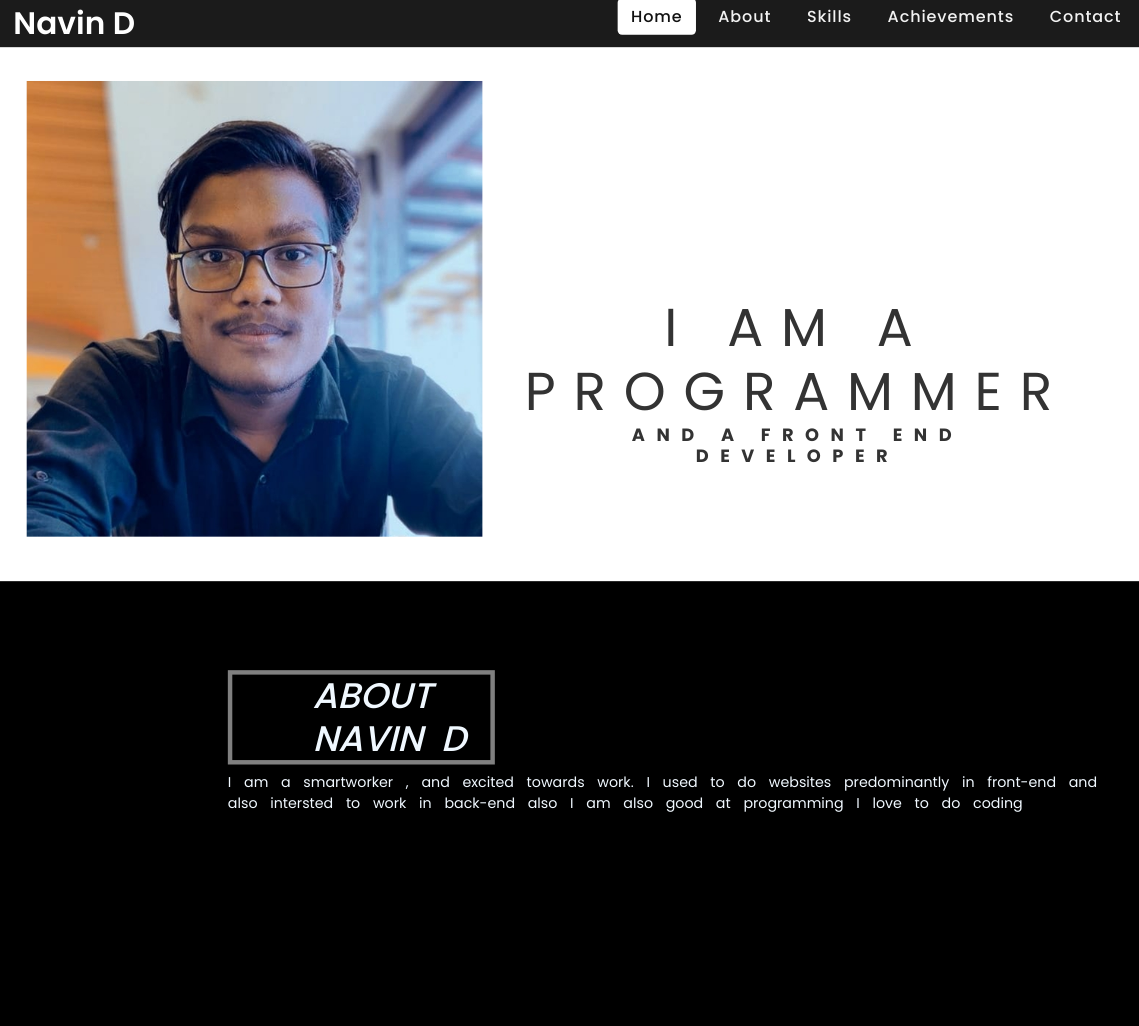
Repository: NavinDayanithi/OIBSIP
Page: Portfolio/index.html
These files come from the project's save history. The page is drawn as it stood at one moment and after a run of saves; the edit follows.
The browser window is 1280 px wide. The pictures show the whole page, at 89% of full size.

Above is the page before, as saved 2023-02-20 19:08:16.
Console error: TypeError: Cannot read properties of undefined (reading 'fn')

After the next 2 saves:
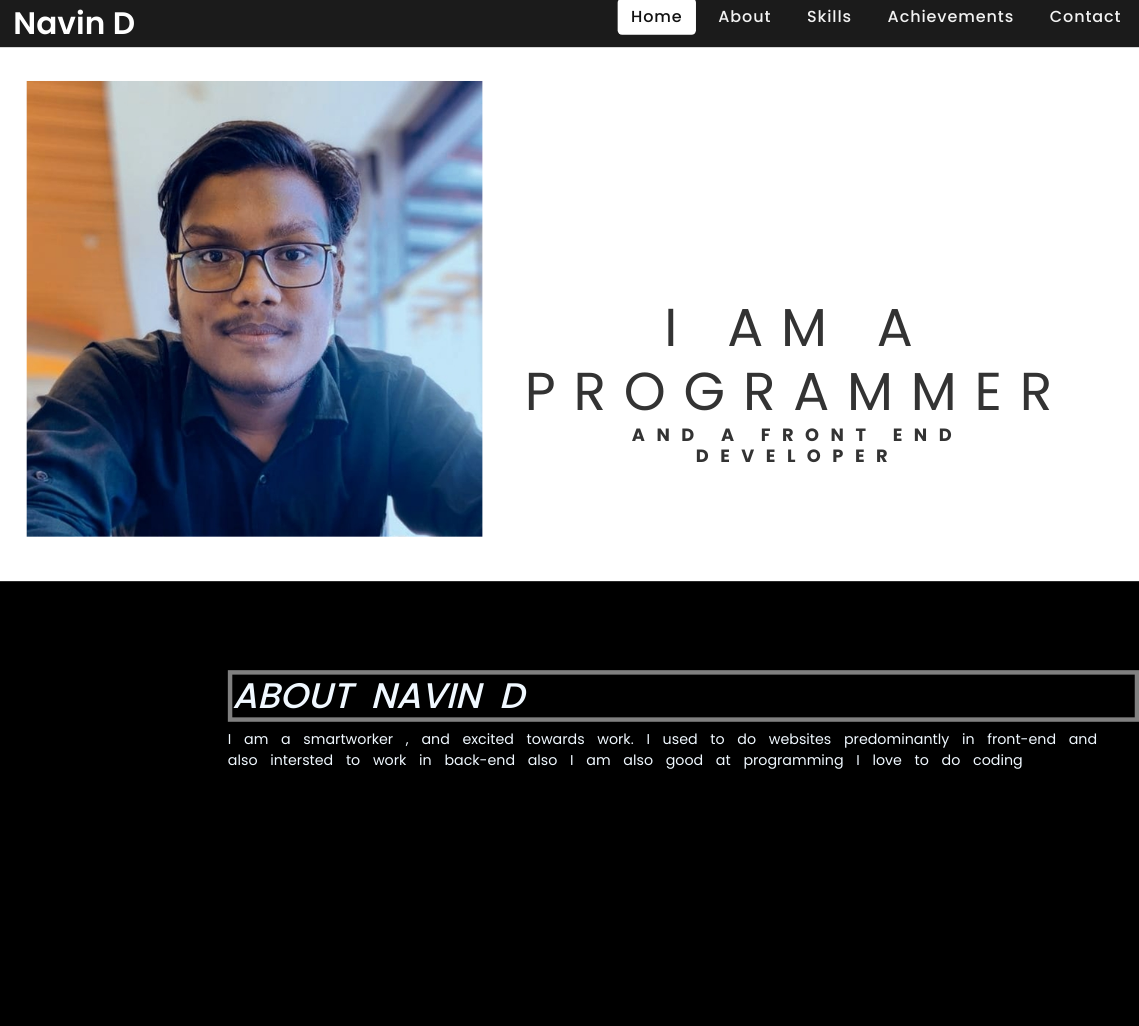
The 2 saves are shown as one change because they came seconds apart.
The last was saved 14 s later.
--- a/Portfolio/style.css
+++ b/Portfolio/style.css
@@ -218,7 +218,7 @@
    word-spacing: 10px;
 }
 .about-text h1{
-  padding-left:90px;
+  /* padding-left:90px; */
   border:5px solid gray;
-  width: 300px;
-}
+  /* width: 300px; */
+}
